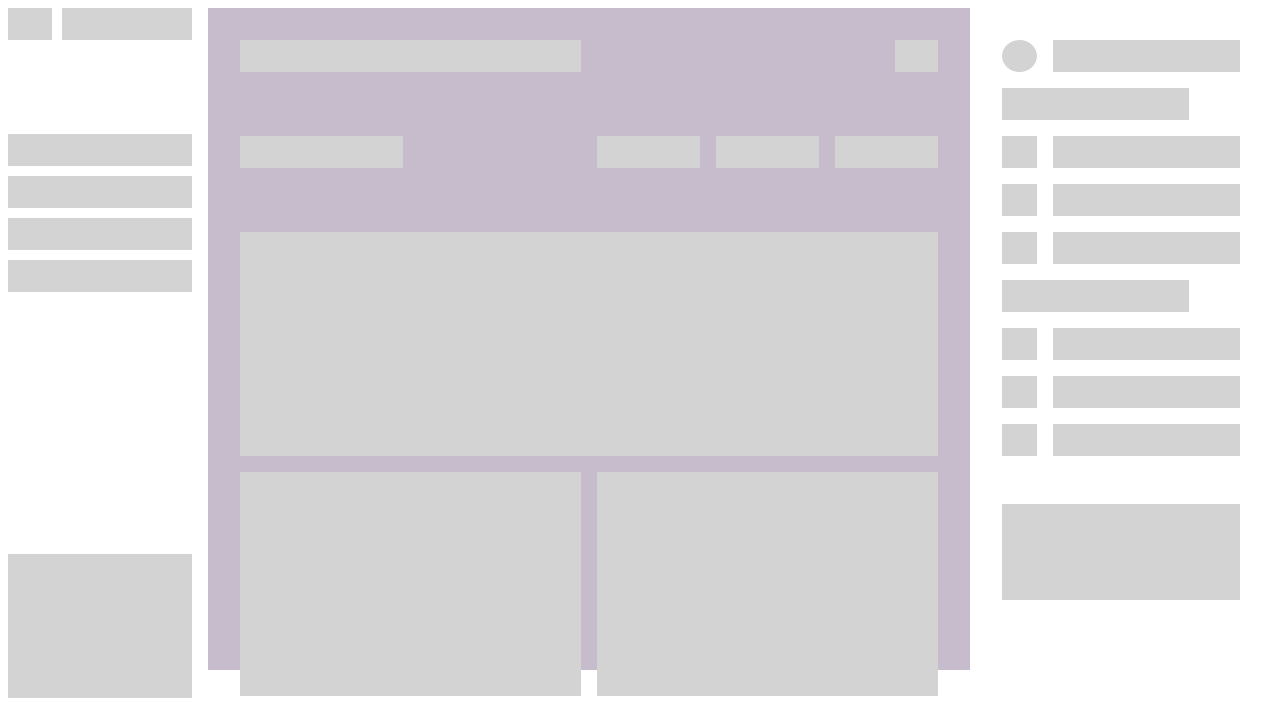
Repository: tr2cky/exercise2
Page: index.html
These files come from the project's save history. The page is drawn as it stood at one moment and after the next save; the edit follows.
The browser window is 1280 px wide. The pictures show the whole page.

Above is the page before, as saved 2022-10-01 19:10:00.

After the next save:
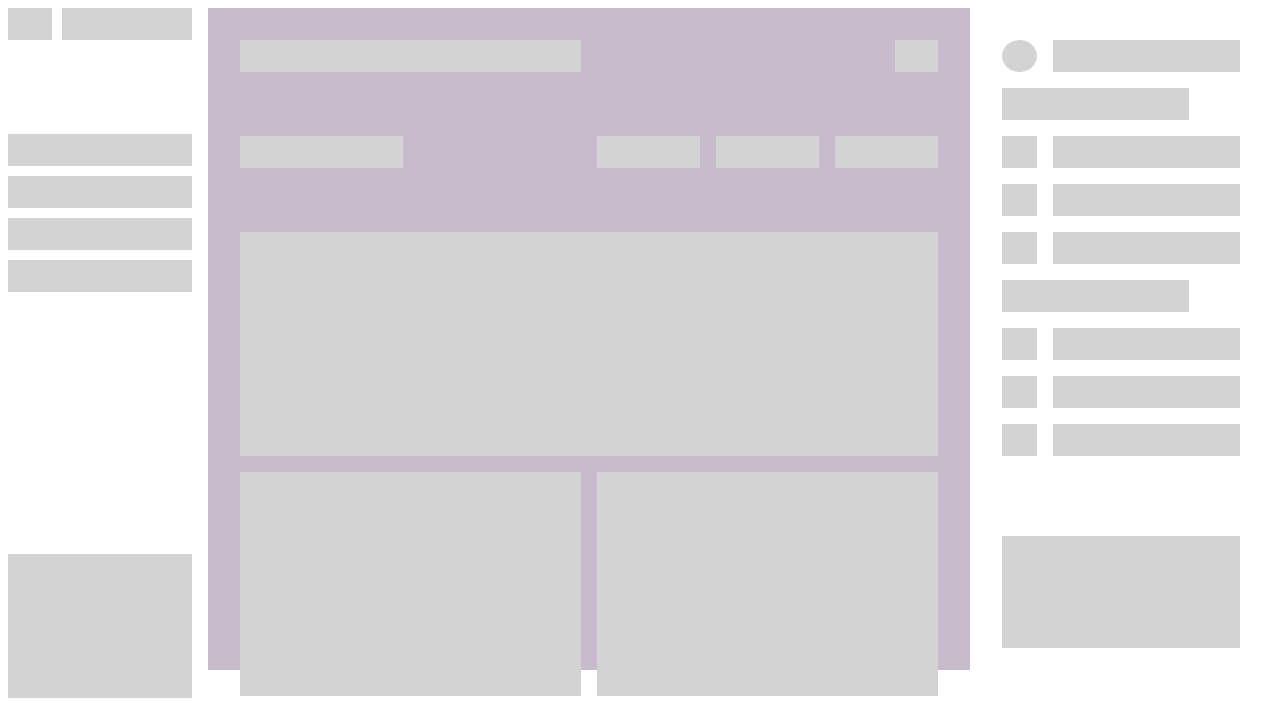
Saved 10 s later.
--- a/style.css
+++ b/style.css
@@ -125,6 +125,6 @@ main div,
 }
 #box37 {
     grid-column: 1/6;
-    grid-row-end: span 3;
-    margin-top: 2rem;
+    grid-row-end: span 4;
+    margin-top: 4rem;
 }
